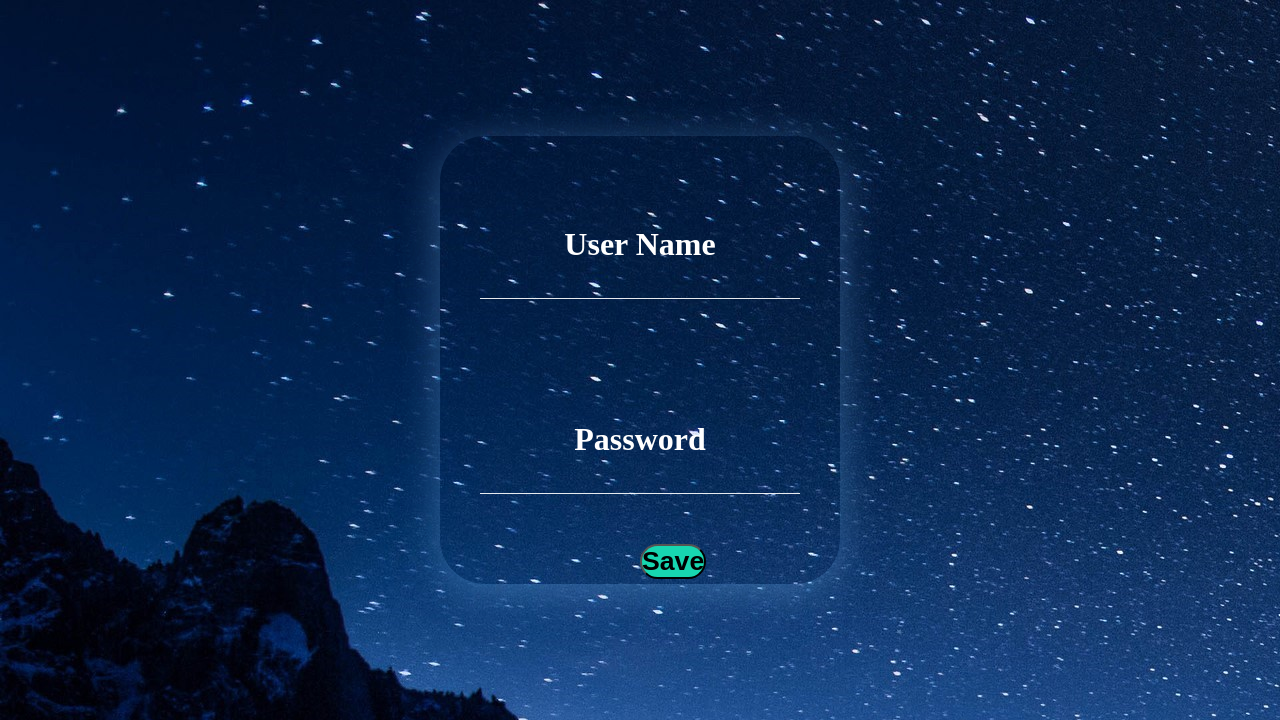
Repository: rkrukshan/Glass_Login_CSS
Page: login.html
These files come from the project's save history. The page is drawn as it stood at one moment and after the next save; the edit follows.
The browser window is 1280 px wide. The pictures show the whole page.

Above is the page before, as saved 2023-10-03 20:26:14.

### login.html
<!DOCTYPE html>
<html lang="en">

<head>
    <style>
        * {
            margin: 0;
            padding: 0;
            box-sizing: border-box;
            cursor: pointer;
        }

        body {
            height: 100vh;
            width: 100%;
            display: flex;
            justify-content: center;
            align-items: center;
        }

        form {
            width: 25rem;
            height: 28rem;
            flex-direction: column;
            box-shadow: 0 8px 41px 0 rgba(123, 191, 255, 0.37);
            border-radius: 45px;
            background: transparent;
        }

        input {
            width: 80%;
            margin: 5% auto;
            margin-bottom: 8%;
            border: none;
            outline: none;
            background: transparent;
            color: white;
            border-bottom: 1px solid rgb(255, 255, 255);
            opacity: .9;
        }

        button {
            background-color: rgb(23, 214, 176);
            position: absolute;
            align-items: center;
            border-radius: 50px;

        }
    </style>
    <meta charset="UTF-8">
    <meta name="viewport" content="width=device-width, initial-scale=1.0">
    <title>Document</title>
</head>

<body style="background-image: url(images/2.jpg);">
    <form action="">
            <br><br><br><br><br>
            <center><label for="" style="color:white">
                    <h1><strong>User Name</strong></h1>
                </label>
                <input type="text">
            </center>
            <br><br><br><br><br>
            <center><label for="" style="color:white">
                    <h1><strong>Password</strong></h1>
                    <input type="text">
                </label></center>
            <br>
        <center>

            <button><h1>Save</h1></button>
        </center>
    </form>
</body>

</html>

After the next save:
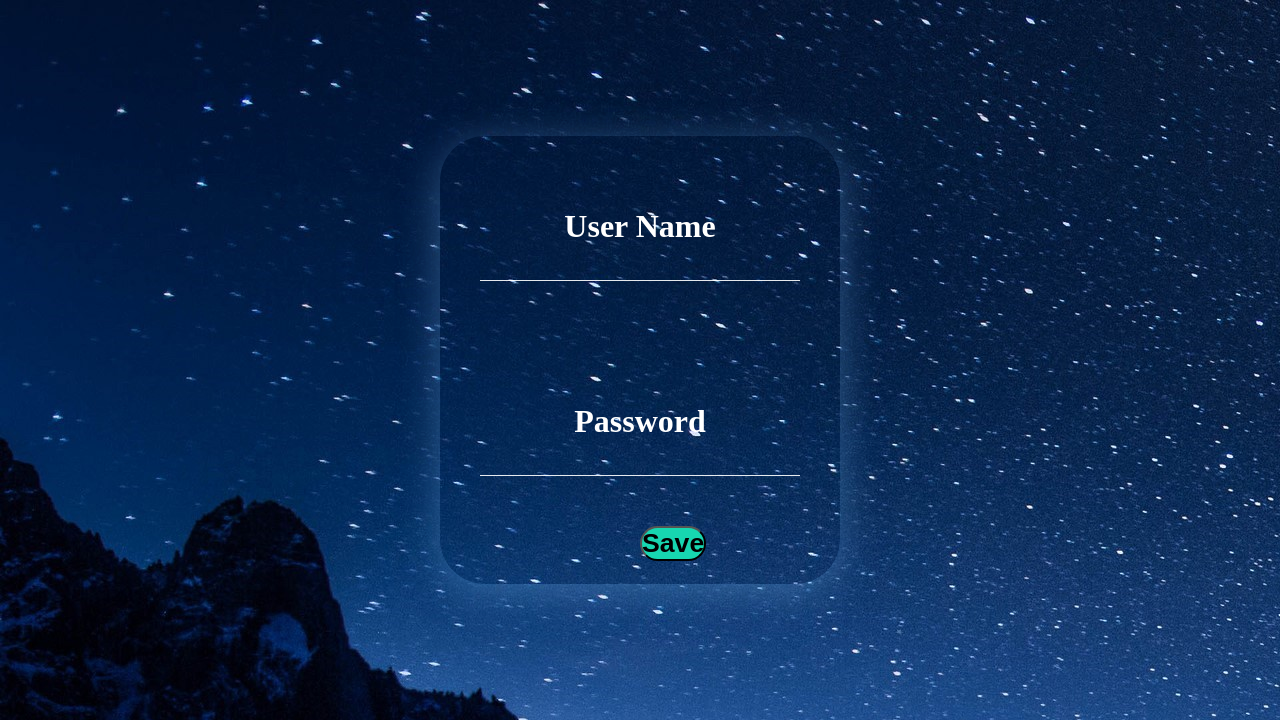
Saved 6 s later.
--- a/login.html
+++ b/login.html
@@ -54,7 +54,7 @@
 
 <body style="background-image: url(images/2.jpg);">
     <form action="">
-            <br><br><br><br><br>
+            <br><br><br><br>
             <center><label for="" style="color:white">
                     <h1><strong>User Name</strong></h1>
                 </label>
